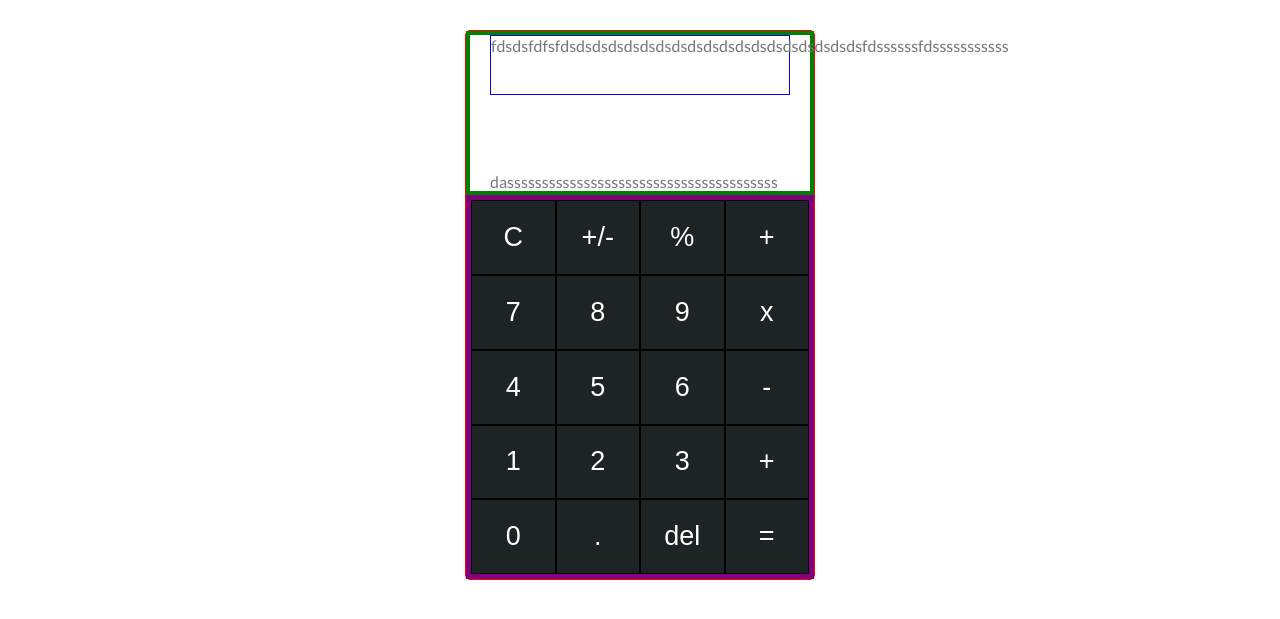
Repository: OfirLana/Calculator
Page: index.html
The author's editor kept a copy of each file at every save. The page is drawn from the files as they stood at one save, then again after a run of saves.
The browser window is 1280 px wide. The pictures show the whole page.

Above is the page before, as saved 2019-03-12 19:50:43.

### index.html
<!DOCTYPE html>
<html lang="en">

<head>
    <meta charset="UTF-8">
    <meta name="viewport" content="width=device-width, initial-scale=1.0">
    <meta http-equiv="X-UA-Compatible" content="ie=edge">
    <link href="https://fonts.googleapis.com/css?family=Lato:100,300,400,700,900" rel="stylesheet">
    <title>Document</title>
    <link rel="stylesheet" href="style.css">
</head>

<body>
    <div class="calculator">
        <div class="output_box">
            <div class="main_output">

fdsdsfdfsfdsdsdsdsdsdsdsdsdsdsdsdsdsdsdsdsdsdsdsfdssssssfdsssssssssss

            </div>
            <div class="sub_output">

dasssssssssssssssssssssssssssssssssssssss

            </div>
        </div>


        <div class="opeartor_box">
            <button class="opeartor_button">C</button>
            <button class="opeartor_button">+/-</button>
            <button class="opeartor_button">%</button>
            <button class="opeartor_button">+</button>
            <button class="opeartor_button">7</button>
            <button class="opeartor_button">8</button>
            <button class="opeartor_button">9</button>
            <button class="opeartor_button">x</button>
            <button class="opeartor_button">4</button>
            <button class="opeartor_button">5</button>
            <button class="opeartor_button">6</button>
            <button class="opeartor_button">-</button>
            <button class="opeartor_button">1</button>
            <button class="opeartor_button">2</button>
            <button class="opeartor_button">3</button>
            <button class="opeartor_button">+</button>
            <button class="opeartor_button">0</button>
            <button class="opeartor_button">.</button>
            <button class="opeartor_button">del</button>
            <button class="opeartor_button">=</button>


        </div>








    </div>
    <script src="index.js"></script>
</body>

</html>

### style.css
* {
    margin: 0;
    padding: 0;
    box-sizing: border-box;
}

html {
    font-size: 62.5%;
}

body {
    font-family: "Lato", sans-serif;
    font-size: 1.6rem;
    color: #777;
    padding: 3rem;
}

.calculator {
    display: flex;
    flex-direction: column;
    margin: 0 auto;
    width: 35rem;
    height: 55rem;
    border: 1px solid red;
    border-radius: 5px;
}

.output_box {
    display: flex;
    flex-direction: column;
    flex-basis: 30%;
    border: 4px solid green;
    width: 100%;
    justify-content: space-between;
    padding:0px 20px;
}

.main_output {
    display: flex;
    border: 1px solid blue;
    height: 6rem;
    /* background:blue; */

}


    border:1px solid tomato;
    width:100%;

    text-align:end;
    overflow: hidden;

}

.sub_output {
    display: flex;
    border: 1px solid salmon;
    height: 7rem;
    /* background:red; */
    display:flex;
    align-items: center;
}

.opeartor_box{
    display:flex;
    /* flex-direction: column; */
    flex-wrap:wrap;
    width:100%;
    border:5px solid purple;
    flex-basis:70%;
}

.opeartor_button{
    width:25%;
    height:20%;
    background:#1E2326;
    border: 1px solid black;
    color:white;
    font-size:27px;
    font-weight:100;
}

.opeartor_button:active{
    background:blue;
    border:1px solid black;
}

Loaded but not shown: index.js (no copy from this time; the picture is the same without it)

After the next 2 saves:
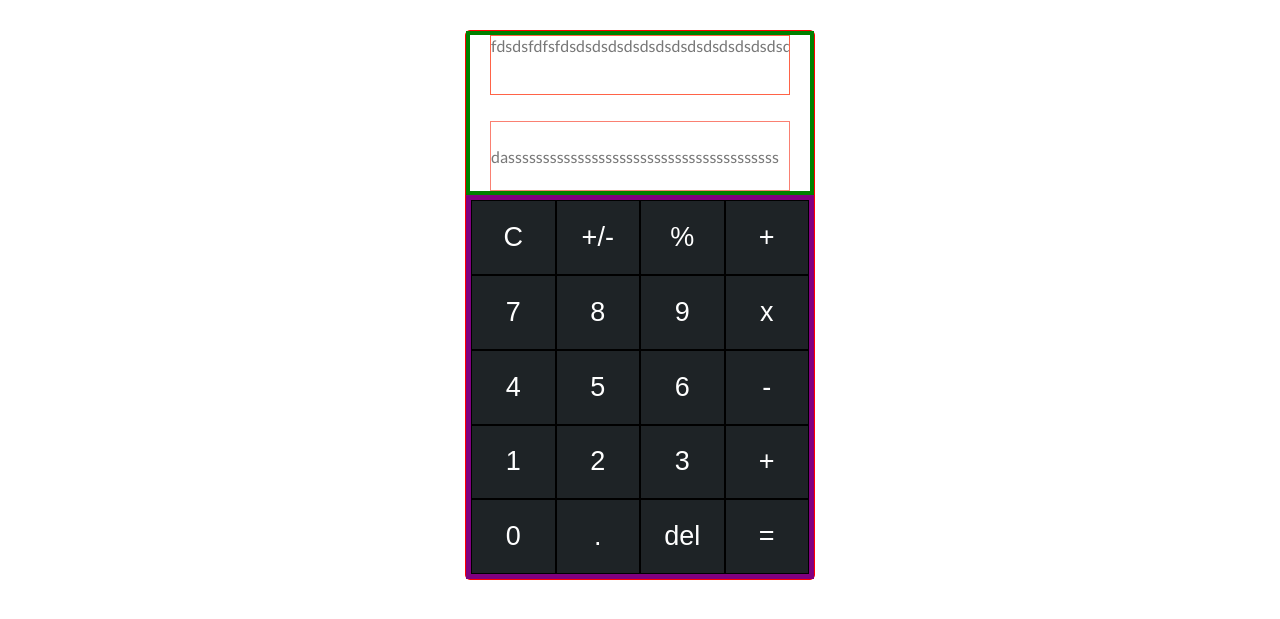
The 2 saves are shown as one change because they came seconds apart.
The last was saved 5 s later.
--- a/style.css
+++ b/style.css
@@ -40,17 +40,17 @@ body {
     border: 1px solid blue;
     height: 6rem;
     /* background:blue; */
-
-}
-
-
-    border:1px solid tomato;
+  border:1px solid tomato;
     width:100%;
 
     text-align:end;
     overflow: hidden;
+}
 
-}
+
+
+
+
 
 .sub_output {
     display: flex;
